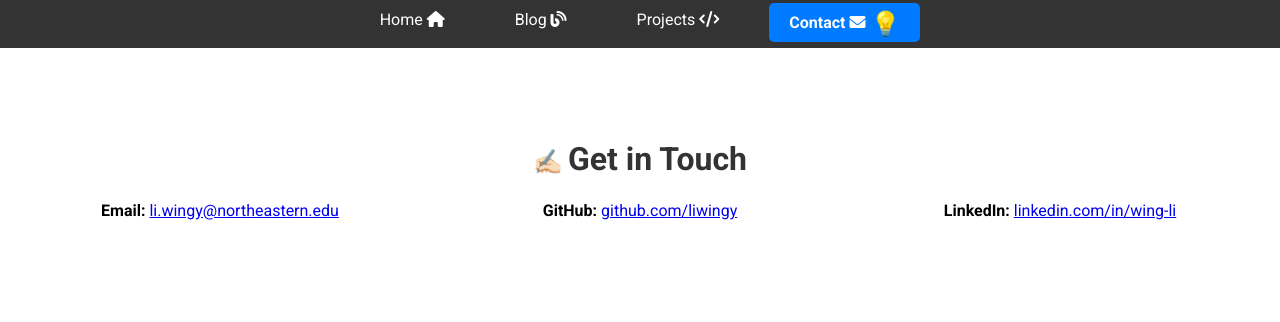
Repository: liwingy/cs5610_fall24_project1
Page: contact.html
These files come from the project's save history. The page is drawn as it stood at one moment and after the next save; the edit follows.
The browser window is 1280 px wide. The pictures show the whole page.

Above is the page before, as saved 2024-10-07 22:08:08.

### contact.html
<!DOCTYPE html>
<html lang="en">
<head>
    <meta charset="UTF-8">
    <meta name="viewport" content="width=device-width, initial-scale=1.0">
    <title>Wing Yee Li | Contact</title>
    <link rel="stylesheet" href="style.css">
    <link rel="icon" href="./sources/favicon.ico" type="image/x-icon">
    <link rel="stylesheet" href="https://cdnjs.cloudflare.com/ajax/libs/font-awesome/6.0.0-beta3/css/all.min.css">
</head>
<body>
    <nav>
        <ul>
            <li><a href="homepage.html">Home <i class="fas fa-home"></i></a></li>
            <li><a href="blog.html">Blog <i class="fas fa-blog"></i></a></li>
            <li><a href="projects.html">Projects <i class="fas fa-code"></i></a></li>
            <li><a href="contact.html" class="active">Contact <i class="fas fa-envelope"></i></a></li>
        </ul>
    </nav>
    <main>
        <section class="contact">
            <h2>Get in Touch</h2>
            <div class="grid">
                <div class="contact-item">
                    <p><span class="highlight">Email:</span> <a href="mailto:li.wingy@northeastern.edu">li.wingy@northeastern.edu</a></p>
                </div>
                <div class="contact-item">
                    <p><span class="highlight">GitHub:</span> <a href="https://github.com/liwingy" target="_blank">github.com/liwingy</a></p>
                </div>
                <div class="contact-item">
                    <p><span class="highlight">LinkedIn:</span> <a href="https://linkedin.com/in/wing-li" target="_blank">linkedin.com/in/wing-li</a></p>
                </div>
            </div>
        </section>
    </main>
</body>
</html>

### style.css
@import url('https://fonts.googleapis.com/css2?family=Roboto:wght@400;700&display=swap');

* {
    margin: 0;
    padding: 0;
    box-sizing: border-box;
    font-family: 'Roboto', sans-serif;
}

body, html {
    height: 100%;
    margin: 0;
}

body {
    background-color: #fff;  /* Set the background color to white */
    color: #333;
    display: flex;
    flex-direction: column;  /* Stack the content vertically */
    height: 100vh;           /* Ensure the body fills the full viewport height */
}

main {
    display: flex;
    justify-content: center;
    align-items: center;
    flex-direction: column;
    margin-top: 80px;        /* Offset the main content from the top */
    padding-top: 20px;
}

header {
    text-align: center;      /* Center align the header content */
}

.blog, .projects, .contact, .about-me {
    margin-top: 20px;
    padding: 20px;
    width: 100%;
    margin-bottom: 40px;     /* Add space between sections */
    text-align: center;      /* Center the text */
}

.highlight {
    font-weight: bold;
    color: black;            /* Highlight important text */
}

ul {
    list-style-type: disc;
    list-style-position: inside; /* Align bullet points with the text */
    padding-left: 20px;          /* Add padding to ensure bullets are aligned correctly */
}

li {
    margin-left: 0;              /* Remove margin between bullet and text */
}

h1 {
    font-size: 2.5rem;
    margin-top: 60px;            /* Add space between the navbar and heading */
}

h2 {
    font-size: 2rem;
    margin-bottom: 10px;
}

h1, h2, h3 {
    font-weight: 700;            /* Bold the headings */
}

p {
    line-height: 1.6;            /* Improve paragraph readability */
    margin-bottom: 15px;         /* Add space between paragraphs */
}

.grid {
    display: grid;
    grid-template-columns: repeat(auto-fit, minmax(250px, 1fr)); /* Responsive grid layout */
    gap: 20px; /* Space between grid items */
    margin-top: 20px;
}

/* Consolidate repeated styles for items */
.card {
    padding: 20px;
    border-radius: 10px;
    box-shadow: 0 4px 8px rgba(0, 0, 0, 0.1);
    background-color: #f9f9f9;
}

/* Apply the card class to these elements */
.about-me-item, .blog-item, .project-item, .contact-box {
    /* Already includes .card styles */
}

.about-me h3:before {
    content: "⭐";            /* Add an icon before each heading */
    font-size: 1.5rem;
    color: #007BFF;
    margin-right: 5px;
}

.blog-item h3:before {
    content: "💕";               /* Add a heart icon before each blog heading */
    color: #007BFF;
    font-size: 1.5rem;
    margin-right: 5px;
}

.blog img {
    display: block;              /* Make sure the image is on its own line */
    margin-top: 10px;            /* Add space between text and image */
    margin-bottom: 20px;         /* Add space after the image */
    max-width: 300px;            /* Set the maximum width */
    width: 100%;
    height: auto;
    border-radius: 10px;         /* Add rounded corners */
}

/* Blog-specific ul styling */
.blog ul {
    list-style-type: none;       /* Remove bullet points */
    padding-left: 0;             /* Ensure no extra padding is added */
    margin-left: 0;              /* Remove additional margins */
}

/* Blog-specific li styling */
.blog li {
    padding-left: 0;             /* Remove padding between bullet and text */
    margin-left: 0;              /* No margin needed */
}

.project-item h3:before {
    content: "🚀 ";              /* Add a rocket icon before project headings */
    color: #007BFF;
    font-size: 1.5rem;
    margin-right: 5px;
}

.contact h2:before {
    content: "✍🏻";            /* Add an icon before each heading */
    font-size: 1.5rem;
    color: #007BFF;
    margin-right: 5px;
}

.centered-video,
.pics {
    max-width: 300px;
    width: 100%;
    height: auto;
    display: block;
    margin: 20px auto;
    border-radius: 10px;
    box-shadow: 0 4px 8px rgba(0, 0, 0, 0.2); /* Add shadow */
    transition: transform 0.3s ease-in-out, box-shadow 0.3s ease-in-out;
}

.centered-video:hover,
.pics:hover {
    transform: scale(1.05);      /* Slightly enlarge on hover */
    box-shadow: 0 6px 12px rgba(0, 0, 0, 0.3); /* Increase shadow on hover */
}

nav {
    width: 100%;                 /* Make the navigation bar span the full width */
    background-color: #333;       /* Set the background color of the navbar */
    position: fixed;              /* Fix the navbar to the top of the screen */
    top: 0;
    left: 0;
    padding: 10px 0;             /* Add vertical padding for spacing */
    z-index: 1;                  /* Ensure the navbar stays above other content */
}

nav ul {
    list-style: none;            /* Remove bullet points from navbar items */
    display: flex;               /* Display the navbar items in a row */
    justify-content: center;     /* Center the navbar items */
    margin: 0;
    padding: 0;
}

nav ul li {
    margin: 0 15px;              /* Add spacing between navbar items */
}

nav ul li a {
    color: #fff;
    text-decoration: none;       /* Remove underline from the links */
    padding: 10px 20px;          /* Add padding to the links */
    transition: background-color 0.3s; /* Smooth transition effect for hover */
}

nav ul li a:hover {
    border-bottom: 2px solid #007BFF;
    font-size: 1.05em;           /* Slightly enlarge the text on hover */
    color: #007BFF;
    transition: all 0.3s ease-in-out;
}

.active {
    background-color: #007BFF;
    font-weight: bold;
    border-radius: 5px;          /* Add rounded corners to the active link */
    padding: 10px 20px;
}

nav ul li a.active::after {
    content: "💡";               /* Add a lightbulb icon after the active link */
    color: #007BFF;
    font-size: 1.5rem;
    margin-left: 5px;
    vertical-align: middle;
}

/* Responsive design */
@media screen and (max-width: 768px) {
    .pics, .centered-video {
        max-width: 90%; /* Make them slightly smaller on narrower screens */
    }

    nav ul {
        flex-direction: column;  /* Stack navbar links vertically on small screens */
        align-items: center;
    }

    nav ul li {
        margin: 10px 0;          /* Space out vertically in mobile view */
    }

    h1 {
        font-size: 1.8rem;
        margin-top: 100px;       /* Adjust spacing for smaller screens */
    }
}

/* Custom scrollbar */
::-webkit-scrollbar {
    width: 8px;
}

::-webkit-scrollbar-track {
    background: #f1f1f1;
}

::-webkit-scrollbar-thumb {
    background-color: #333;      /* Match scrollbar color with the active link color */
    border-radius: 10px;
}

After the next save:
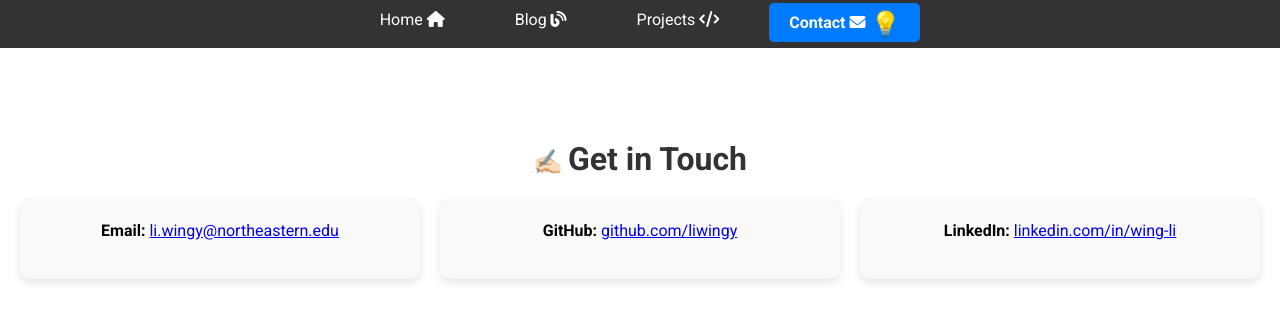
Saved 20 s later.
--- a/contact.html
+++ b/contact.html
@@ -21,13 +21,13 @@
         <section class="contact">
             <h2>Get in Touch</h2>
             <div class="grid">
-                <div class="contact-item">
+                <div class="card">
                     <p><span class="highlight">Email:</span> <a href="mailto:li.wingy@northeastern.edu">li.wingy@northeastern.edu</a></p>
                 </div>
-                <div class="contact-item">
+                <div class="card">
                     <p><span class="highlight">GitHub:</span> <a href="https://github.com/liwingy" target="_blank">github.com/liwingy</a></p>
                 </div>
-                <div class="contact-item">
+                <div class="card">
                     <p><span class="highlight">LinkedIn:</span> <a href="https://linkedin.com/in/wing-li" target="_blank">linkedin.com/in/wing-li</a></p>
                 </div>
             </div>
